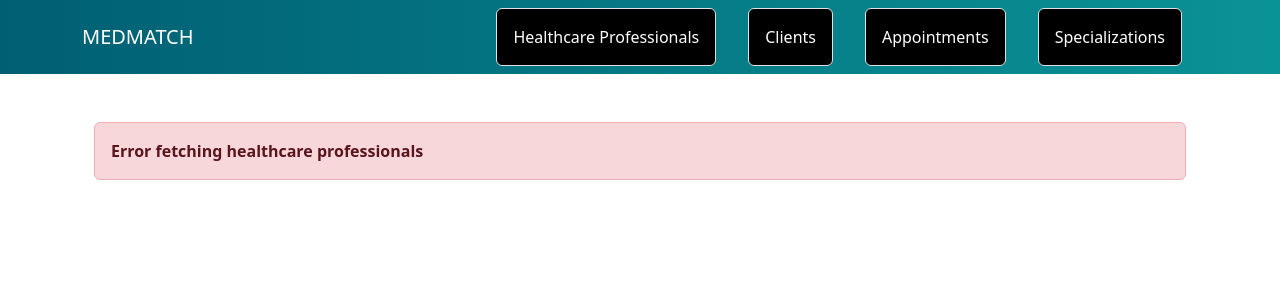
Repository: fahma20/medmatch-platform
Page: /healthcare-professionals (app in client/)
An editor plug-in stored every save of this project. The page is shown before and after the next save, followed by the edit.
The browser window is 1280 px wide. The pictures show the whole page.
The page's requests for data from a server got no answer. The project was rebuilt for these pictures with package versions that can differ from the ones it lists, and the page was loaded fresh each time. No one was signed in, and anything a server would have sent is missing. Also part of the build but not shown: client/src/components/Specializations.js, client/src/components/Appointments.js, client/src/components/Clients.js, client/src/components/Homepage.js.

Above is the page before, as saved 2025-02-02 16:11:27.

After the next save:
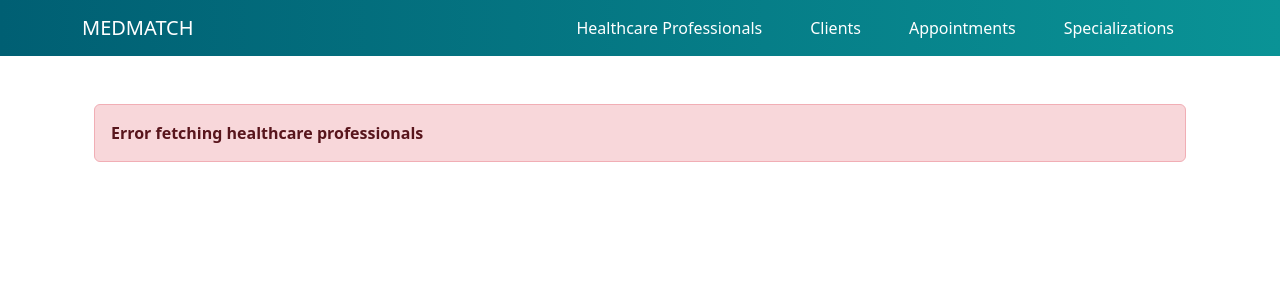
Saved 59 s later.
--- a/client/src/components/Navbar.js
+++ b/client/src/components/Navbar.js
@@ -22,52 +22,28 @@ const Navbar = () => {
           <ul className="navbar-nav ms-auto">
             <li className="nav-item mx-3">
               <Link
-                className="nav-link text-white p-3 border rounded"
-                style={{
-                  backgroundColor: '#000000', // Black background
-                  borderColor: '#333', // Dark border color
-                  borderRadius: '20px', // Smooth corners
-                  transition: 'background-color 0.3s ease' // Smooth transition on hover
-                }}
+                className="nav-link text-white"
                 to="/healthcare-professionals">
                 Healthcare Professionals
               </Link>
             </li>
             <li className="nav-item mx-3">
               <Link
-                className="nav-link text-white p-3 border rounded"
-                style={{
-                  backgroundColor: '#000000', // Black background
-                  borderColor: '#333', // Dark border color
-                  borderRadius: '20px', // Smooth corners
-                  transition: 'background-color 0.3s ease' // Smooth transition on hover
-                }}
+                className="nav-link text-white"
                 to="/clients">
                 Clients
               </Link>
             </li>
             <li className="nav-item mx-3">
               <Link
-                className="nav-link text-white p-3 border rounded"
-                style={{
-                  backgroundColor: '#000000', // Black background
-                  borderColor: '#333', // Dark border color
-                  borderRadius: '20px', // Smooth corners
-                  transition: 'background-color 0.3s ease' // Smooth transition on hover
-                }}
+                className="nav-link text-white"
                 to="/appointments">
                 Appointments
               </Link>
             </li>
             <li className="nav-item mx-3">
               <Link
-                className="nav-link text-white p-3 border rounded"
-                style={{
-                  backgroundColor: '#000000', // Black background
-                  borderColor: '#333', // Dark border color
-                  borderRadius: '20px', // Smooth corners
-                  transition: 'background-color 0.3s ease' // Smooth transition on hover
-                }}
+                className="nav-link text-white"
                 to="/specializations">
                 Specializations
               </Link>
